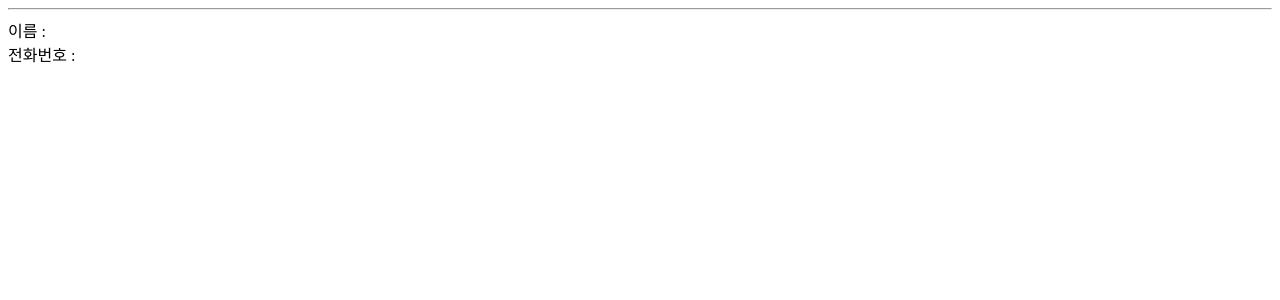
Repository: ljdongz/jsp-study
Page: http://localhost/jspbook/ch05/forward_action.jsp
An editor plug-in stored every save of this project. The page is shown before and after the next save, followed by the edit.
The browser window is 1280 px wide. The pictures show the whole page.
The page is served by Tomcat 9. Other server files are loaded and not shown.

Above is the page before, as saved 2022-10-03 02:06:17.

### jspbook/src/main/webapp/ch05/forward_action.jsp
<%@ page language="java" contentType="text/html; charset=UTF-8"
    pageEncoding="UTF-8"%>
<!DOCTYPE html>
<html>
<head>
<meta charset="UTF-8">
<title>Insert title here</title>
</head>
<body>
	<jsp:forward page="end_page.jsp">
	<jsp:param name="phone" value="000-0000-0000"/>
	</jsp:forward>

</body>
</html>

### jspbook/src/main/webapp/ch05/end_page.jsp
<%@ page language="java" contentType="text/html; charset=UTF-8"
    pageEncoding="UTF-8"%>
<% request.setCharacterEncoding("UTF-8"); %>
<!DOCTYPE html>
<html>
<head>
<meta charset="UTF-8">
<title>Insert title here</title>
</head>
<body>
<hr>
	이름 : <% request.getParameter("username"); %><br>
	전화번호 : <% request.getParameter("phone"); %>
</body>
</html>

After the next save:
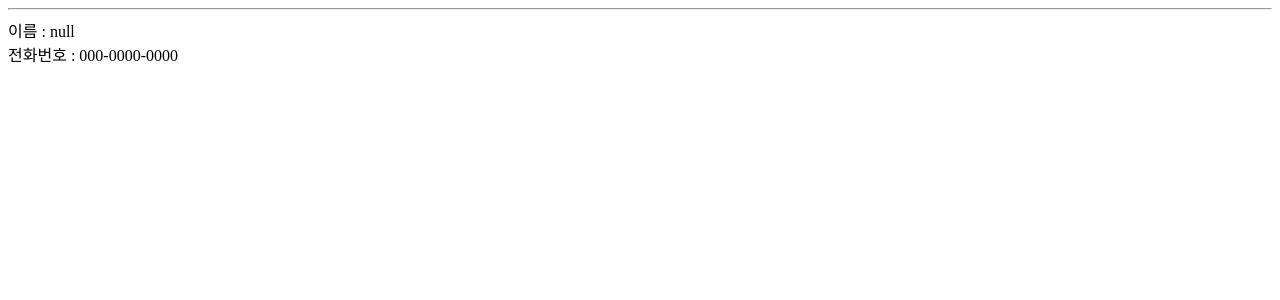
Saved 67 s later.
--- a/jspbook/src/main/webapp/ch05/end_page.jsp
+++ b/jspbook/src/main/webapp/ch05/end_page.jsp
@@ -9,7 +9,7 @@
 </head>
 <body>
 <hr>
-	이름 : <% request.getParameter("username"); %><br>
-	전화번호 : <% request.getParameter("phone"); %>
+	이름 : <%= request.getParameter("username") %><br>
+	전화번호 : <%= request.getParameter("phone") %>
 </body>
 </html>
